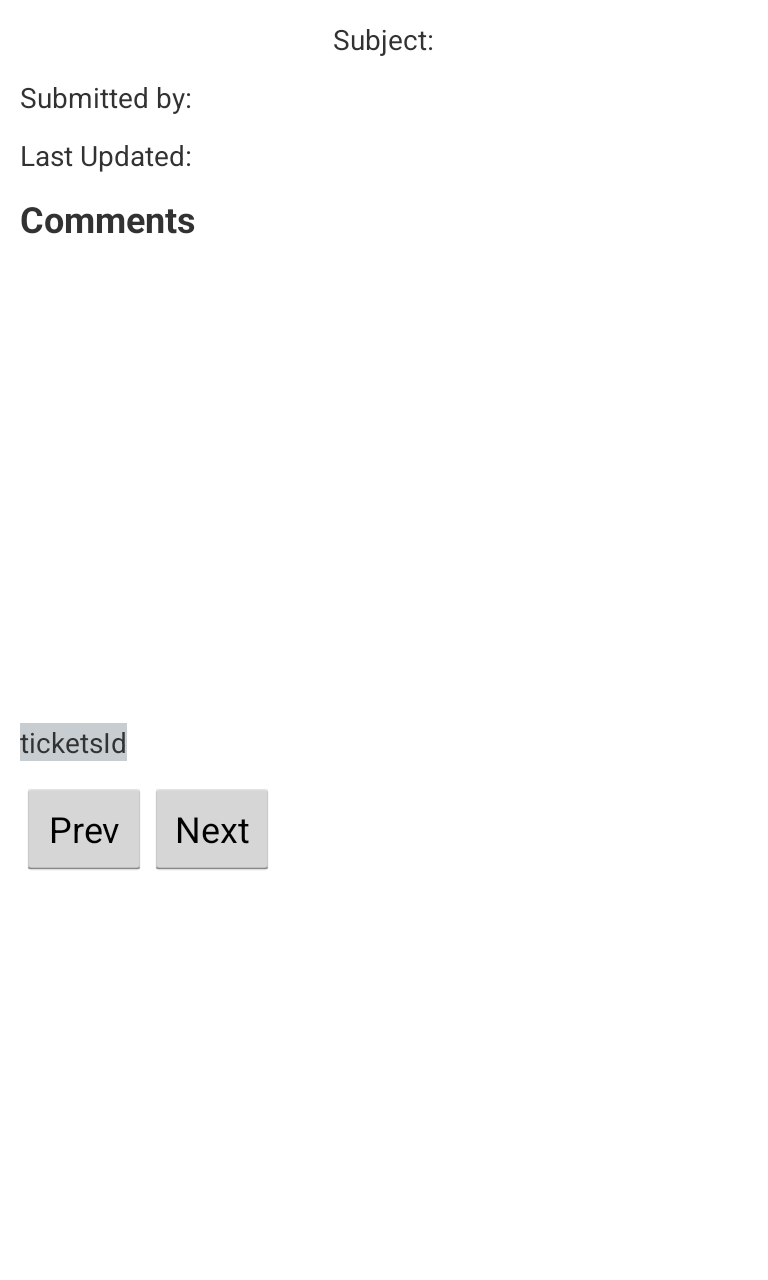
Repository: Pradeep-appstute/First
Layout: Control/res/layout/ticketdetails_view.xml
These files come from the project's save history. The layout is drawn as it stood at one moment and after the next save; the edit follows.
It is drawn on a 768 x 1280 px phone screen (xhdpi) without system bars, with theme AppTheme; the app's code is not run. Lists and similar views that code fills are empty.

Above is the layout before, as saved 2014-02-28 09:45:47.

After the next save:
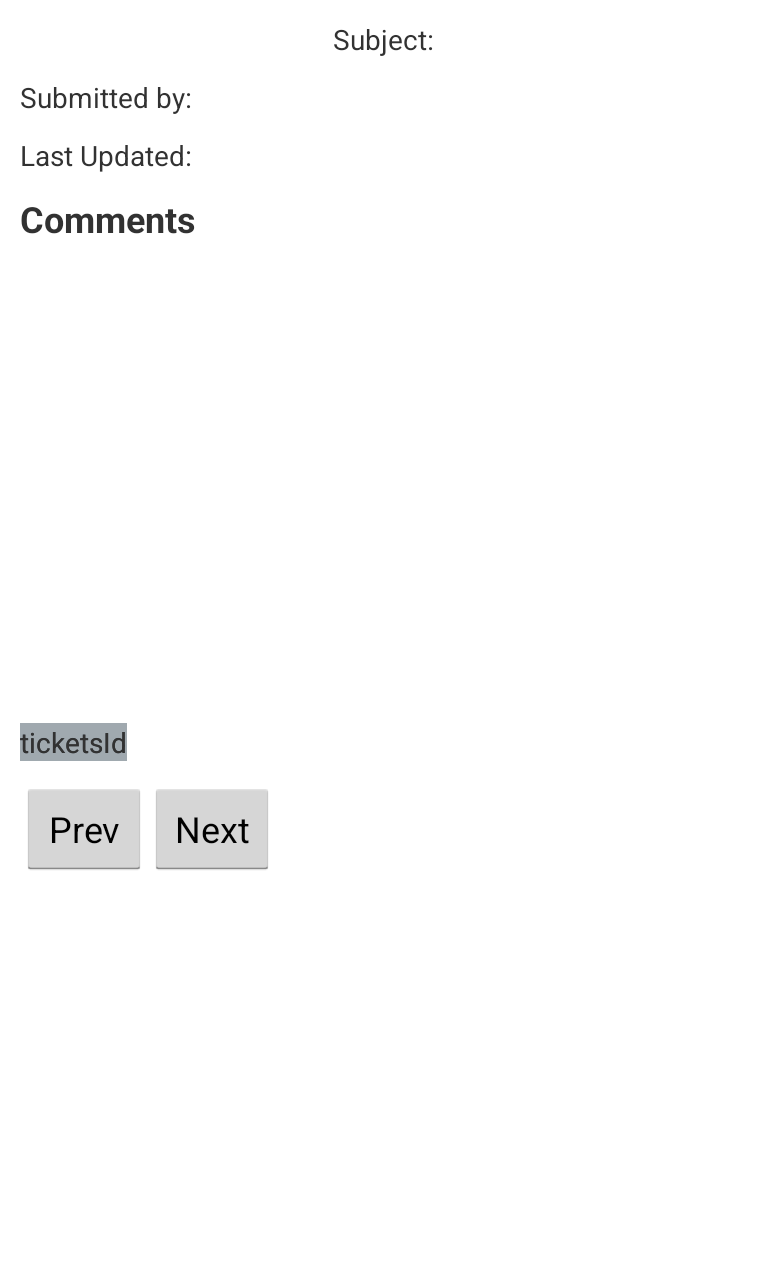
Saved 3 min 14 s later.
--- a/Control/res/layout/ticketdetails_view.xml
+++ b/Control/res/layout/ticketdetails_view.xml
@@ -73,26 +73,50 @@
         android:layout_height="240dp" >
     </ListView>
 
-    <LinearLayout
+    <RelativeLayout
         android:layout_width="wrap_content"
-        android:layout_height="wrap_content"
-        android:layout_marginBottom="10dp"
-        android:gravity="center_horizontal"
-        android:orientation="horizontal"
-        android:background="#4345"
-         >
+        android:layout_height="wrap_content" >
 
-        <TextView
+        <LinearLayout
             android:layout_width="wrap_content"
             android:layout_height="wrap_content"
-            android:text="@string/ticketdetails_ticketsId" />
+            android:layout_marginBottom="10dp"
+            android:background="#4345"
+            android:gravity="center_horizontal"
+            android:orientation="horizontal" >
 
-        <TextView
-            android:id="@+id/textViewticketsIdValue"
+            <TextView
+                android:layout_width="wrap_content"
+                android:layout_height="wrap_content"
+                android:text="@string/ticketdetails_ticketsId" />
+
+            <TextView
+                android:id="@+id/textViewticketsIdValue"
+                android:layout_width="wrap_content"
+                android:layout_height="wrap_content"
+                android:text="" />
+        </LinearLayout>
+
+        <LinearLayout
             android:layout_width="wrap_content"
             android:layout_height="wrap_content"
-            android:text="" />
-    </LinearLayout>
+            android:layout_marginBottom="10dp"
+            android:background="#4345"
+            android:gravity="center_horizontal"
+            android:orientation="horizontal" >
+
+            <TextView
+                android:layout_width="wrap_content"
+                android:layout_height="wrap_content"
+                android:text="@string/ticketdetails_ticketsId" />
+
+            <TextView
+                android:id="@+id/textViewticketsIdValue"
+                android:layout_width="wrap_content"
+                android:layout_height="wrap_content"
+                android:text="" />
+        </LinearLayout>
+    </RelativeLayout>
 
     <LinearLayout
         android:layout_width="match_parent"
